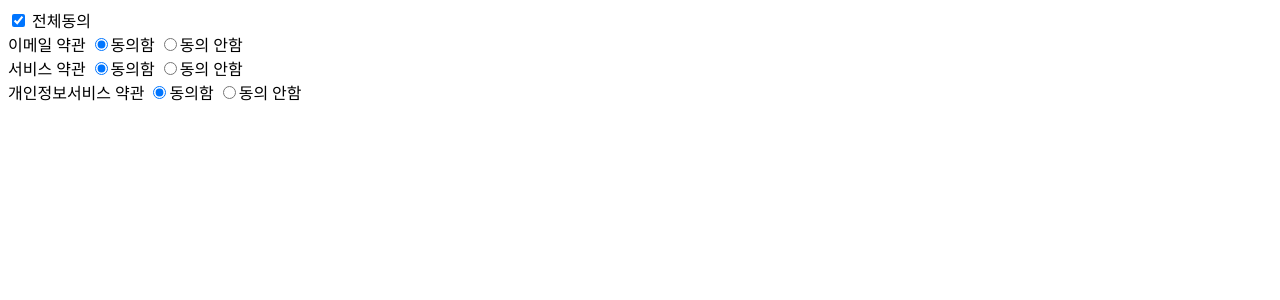
Repository: kimkeng/BackendClass
Page: example/src/main/webapp/js05.html
An editor plug-in stored every save of this project. The page is shown before and after the next save, followed by the edit.
The browser window is 1280 px wide. The pictures show the whole page.
After loading, the first visible `#all` was clicked once.

Above is the page before, as saved 2023-08-18 04:14:17.

After the next save:
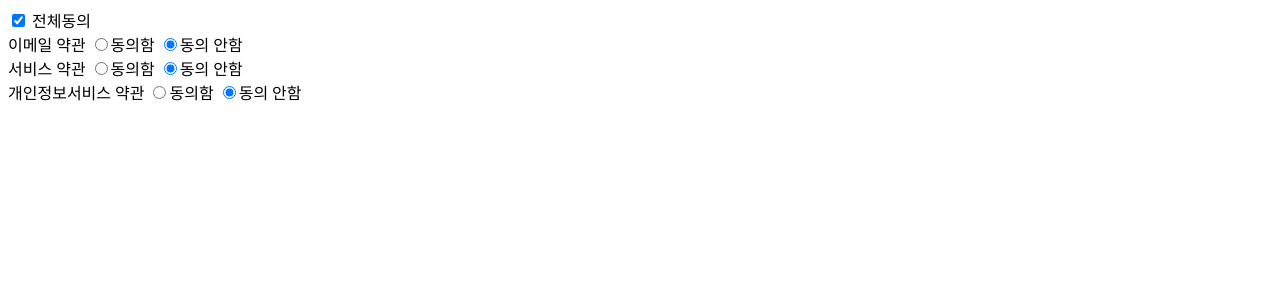
Console error: ReferenceError: get is not defined
Saved 60 s later.
--- a/example/src/main/webapp/js05.html
+++ b/example/src/main/webapp/js05.html
@@ -13,6 +13,7 @@
 </body>
 <script>
 	function agree(e){
+		var z = get.getElementById(all);
 		var w = 1;
 		var check = true;
 		do{
@@ -24,6 +25,7 @@
 			}
 			w++;
 		}while(w <= 3);
+
 		if(check = false){
 			all.checked= false;
 		}else{

After the 4 saves that followed:
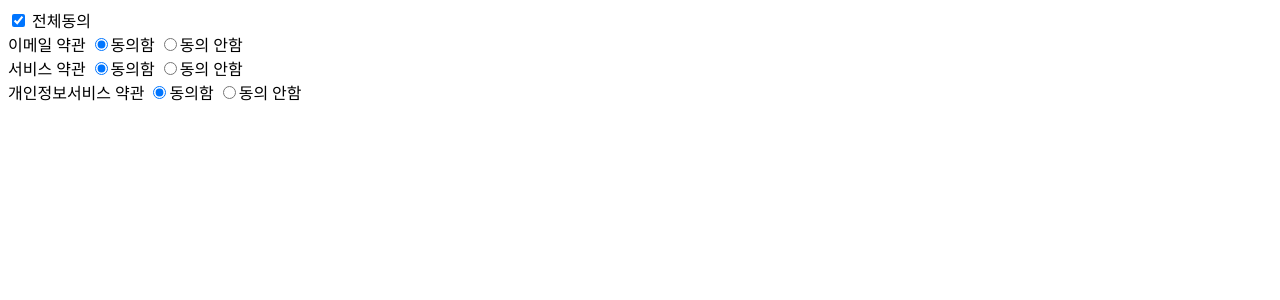
The error is gone.
The 4 saves are shown as one change because 3 left the picture as it was.
The last was saved 93 s later.
--- a/example/src/main/webapp/js05.html
+++ b/example/src/main/webapp/js05.html
@@ -13,7 +13,6 @@
 </body>
 <script>
 	function agree(e){
-		var z = get.getElementById(all);
 		var w = 1;
 		var check = true;
 		do{
@@ -26,11 +25,6 @@
 			w++;
 		}while(w <= 3);
 
-		if(check = false){
-			all.checked= false;
-		}else{
-			all.checked= true;
-		}
 	}
 </script>
 </html>
